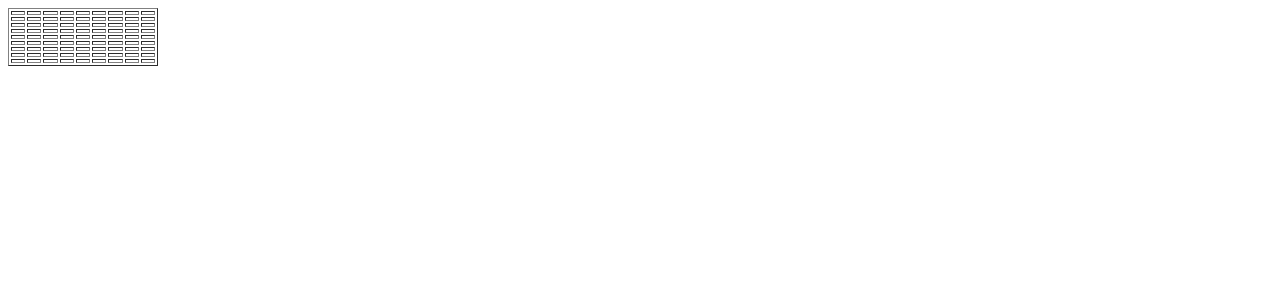
Repository: paul2oh/hellowjava
Page: workspace/javastart_svn/src/javastart/build/classes/my_project01/a01_project1.html
The author's editor kept a copy of each file at every save. The page is drawn from the files as they stood at one save, then again after the next save.
The browser window is 1280 px wide. The pictures show the whole page.

Above is the page before, as saved 2017-01-04 04:19:50.

### workspace/javastart_svn/src/javastart/build/classes/my_project01/a01_project1.html
<!DOCTYPE html>
<html>
<head>
<meta charset="EUC-KR">
<title>Insert title here</title>
<script>

</script>
</head>
<body>
<!--
9*9 지뢰 10개 초급 지뢰찾기
 -->
<table border=1 width="150px" heigth="150px" >

<tr id="tr1">
	<td></td>
	<td></td>
	<td></td>
	<td></td>
	<td></td>
	<td></td>
	<td></td>
	<td></td>
	<td></td>
</tr>
<tr id="tr2">
	<td></td>
	<td></td>
	<td></td>
	<td></td>
	<td></td>
	<td></td>
	<td></td>
	<td></td>
	<td></td>
</tr>
<tr id="tr3">
	<td></td>
	<td></td>
	<td></td>
	<td></td>
	<td></td>
	<td></td>
	<td></td>
	<td></td>
	<td></td>
</tr>
<tr id="tr4">
	<td></td>
	<td></td>
	<td></td>
	<td></td>
	<td></td>
	<td></td>
	<td></td>
	<td></td>
	<td></td>
</tr>
<tr id="tr5">
	<td></td>
	<td></td>
	<td></td>
	<td></td>
	<td></td>
	<td></td>
	<td></td>
	<td></td>
	<td></td>
</tr>
<tr id="tr6">
	<td></td>
	<td></td>
	<td></td>
	<td></td>
	<td></td>
	<td></td>
	<td></td>
	<td></td>
	<td></td>
</tr>
<tr id="tr7">
	<td></td>
	<td></td>
	<td></td>
	<td></td>
	<td></td>
	<td></td>
	<td></td>
	<td></td>
	<td></td>
</tr>
<tr id="tr8">
	<td></td>
	<td></td>
	<td></td>
	<td></td>
	<td></td>
	<td></td>
	<td></td>
	<td></td>
	<td></td>
</tr>
<tr id="tr9">
	<td></td>
	<td></td>
	<td></td>
	<td></td>
	<td></td>
	<td></td>
	<td></td>
	<td></td>
	<td></td>
</tr>



</table>

</body>
</html>

After the next save:
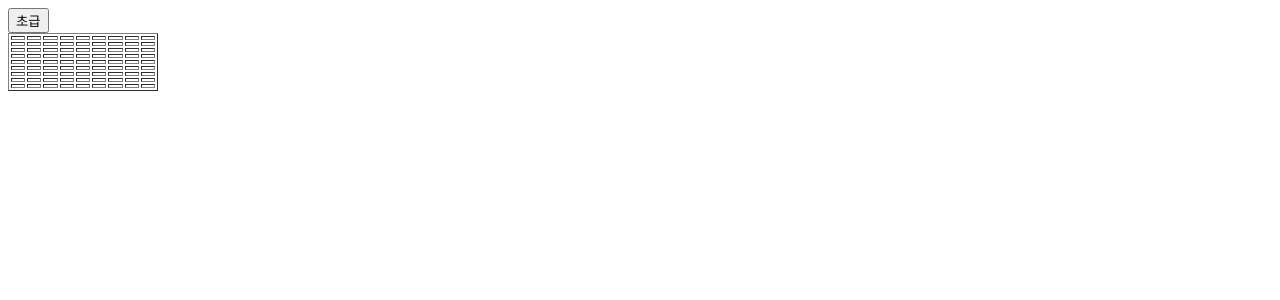
Saved 62 min 43 s later.
--- a/workspace/javastart_svn/src/javastart/build/classes/my_project01/a01_project1.html
+++ b/workspace/javastart_svn/src/javastart/build/classes/my_project01/a01_project1.html
@@ -11,6 +11,7 @@
 <!--
 9*9 지뢰 10개 초급 지뢰찾기
  -->
+ <input type="button" value="초급" onclick="beginner"/>
 <table border=1 width="150px" heigth="150px" >
 
 <tr id="tr1">
